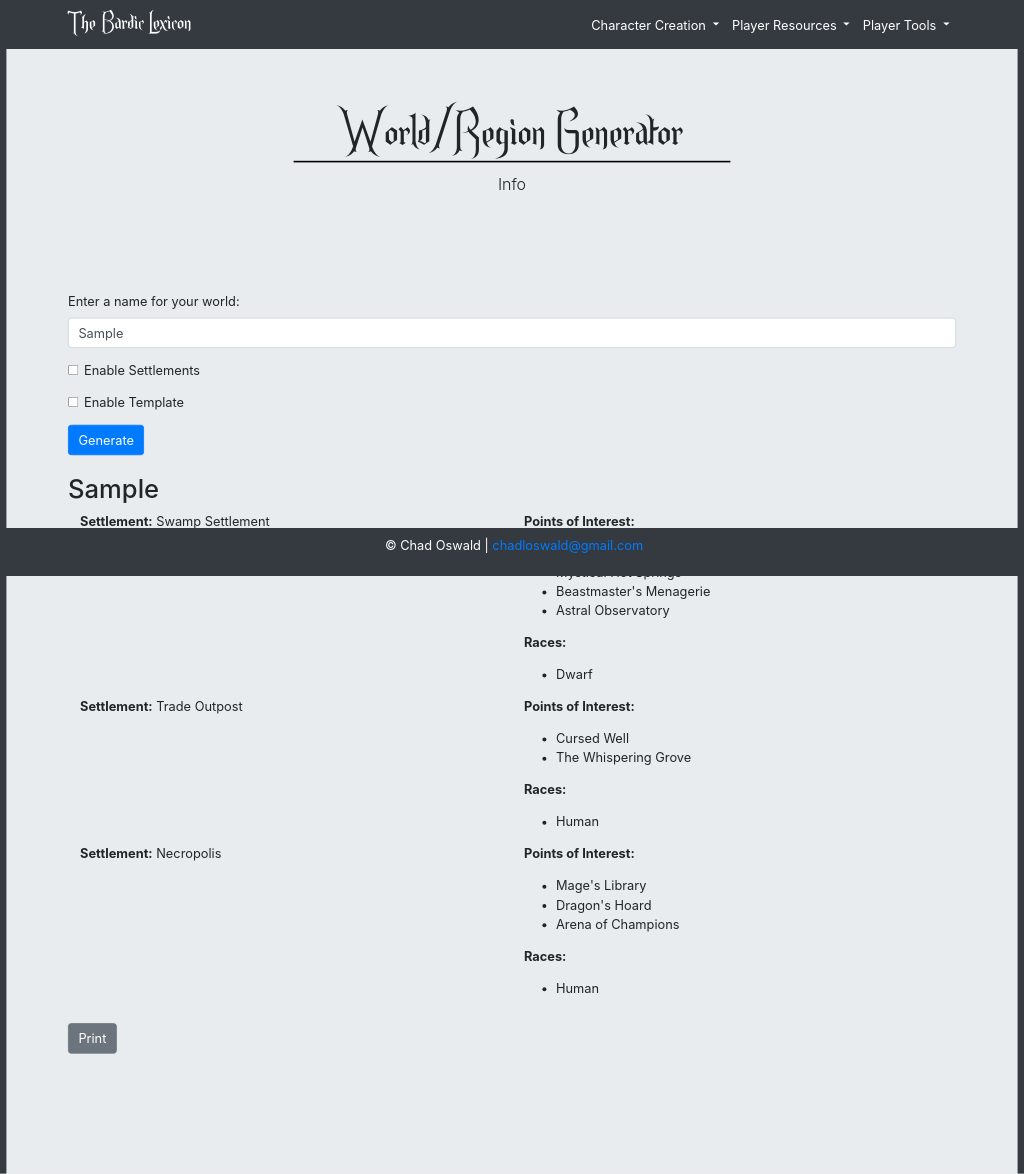
Repository: ChaidGPT/TheBardicLexicon
Page: playerTools/worldGenerator.html
The author's editor kept a copy of each file at every save. The page is drawn from the files as they stood at one save, then again after the next save.
The browser window is 1280 px wide. The pictures show the whole page, at 80% of full size.
Empty fields were first filled with sample values (such as "Sample", 5 or name@example.com).
After loading, the first visible `#worldForm` was submitted once.

Above is the page before, as saved 2024-02-05 14:17:22.

### playerTools/worldGenerator.html
<!DOCTYPE html>
<html lang="en">

<head>
  <meta charset="utf-8" />
  <meta name="viewport" content="width=device-width, initial-scale=1" />
  <title>World Generator</title>
  <link rel="stylesheet" href="https://cdn.jsdelivr.net/npm/bootstrap@4.3.1/dist/css/bootstrap.min.css"
    integrity="sha384-ggOyR0iXCbMQv3Xipma34MD+dH/1fQ784/j6cY/iJTQUOhcWr7x9JvoRxT2MZw1T" crossorigin="anonymous" />
  <link rel="stylesheet" href="../style.css" />
</head>

<body>
  <header class="header-top">
    <nav class="navbar navbar-expand-lg fixed-top">
      <div class="container">
        <a class="navbar-brand navMonsterName" href="../index.html">The Bardic Lexicon</a>
        <button class="navbar-toggler navbar-dark" type="button" data-toggle="collapse" data-target="#navbarNavDropdown"
          aria-controls="navbarNavDropdown" aria-expanded="false" aria-label="Toggle navigation">
          <span class="navbar-toggler-icon"></span>
        </button>
        <div class="collapse navbar-collapse" id="navbarNavDropdown">
          <ul class="navbar-nav ml-auto nav justify-content-end">
            <li class="nav-item dropdown">
              <a class="nav-link dropdown-toggle" href="#" id="navbarCharacter" role="button" data-toggle="dropdown"
                aria-haspopup="true" aria-expanded="false">
                Character Creation
              </a>
              <div class="dropdown-menu" aria-labelledby="navbarCharacter">
                <a class="dropdown-item" href="../playerResources/races.html">Races</a>
                <a class="dropdown-item" href="../playerResources/classes.html">Classes</a>
                <a class="dropdown-item" href="../playerResources/personality.html">Personality & Inspiration</a>
                <a class="dropdown-item" href="../playerResources/background.html">Character Backgrounds</a>
              </div>
            </li>
            <li class="nav-item dropdown">
              <a class="nav-link dropdown-toggle" href="#" id="navbarResources" role="button" data-toggle="dropdown"
                aria-haspopup="true" aria-expanded="false">
                Player Resources
              </a>
              <div class="dropdown-menu" aria-labelledby="navbarResources">
                <h6 class="dropdown-header">Items</h6>
                <a class="dropdown-item" href="../playerResources/gear.html">Adventuring Gear</a>
                <a class="dropdown-item" href="../playerResources/equipment.html">Equipment</a>
                <div class="dropdown-divider"></div>
                <h6 class="dropdown-header">Magic</h6>
                <a class="dropdown-item" href="../playerResources/spells.html">Spells</a>
                <div class="dropdown-divider"></div>
                <h6 class="dropdown-header">Inhabitants of the Realms</h6>
                <a class="dropdown-item" href="../playerResources/bestiary.html">Bestiary</a>
                <a class="dropdown-item" href="../playerResources/gods.html">Gods & Deities</a>
              </div>
            </li>
            <li class="nav-item dropdown">
              <a class="nav-link dropdown-toggle" href="#" id="navbarDropdown" role="button" data-toggle="dropdown"
                aria-haspopup="true" aria-expanded="false">
                Player Tools
              </a>
              <div class="dropdown-menu" aria-labelledby="navbarDropdown">
                <a class="dropdown-item" href="../playerTools/charSheet.html">Character Sheet</a>
                <a class="dropdown-item" href="../playerTools/dice.html">Dice Roll Generator</a>
                <div class="dropdown-divider"></div>
                <a class="dropdown-item" href="#">More</a>
              </div>
            </li>
          </ul>
        </div>
      </div>
    </nav>
  </header>

  <div class="container" id="monsterPage">
    <div class="container-fluid px-4 py-5 my-5 text-center">
      <h1 class="display-5 fw-bold contentsPageName">
        World/Region Generator
      </h1>
      <div>
        <div class="horizontal-line"></div>
        <p class="lead mb-4">Info</p>
      </div>
    </div>

    <div class="container mt-5 text-left">

      <!-- Start World Generator Form -->

      <form id="worldForm" class="mb-4">

        <!-- Start World Name Field -->
        <div class="form-group">
          <label for="worldName">Enter a name for your world:</label>
          <input type="text" class="form-control" id="worldName" autocomplete="off" required />
        </div>
        <!-- End World Name Field -->


        <!-- Start Settlement Options -->
        <div class="form-group">
          <div class="form-check">
            <input class="form-check-input" type="checkbox" id="enableSettlements" data-toggle="collapse"
              data-target="#settlementOptions" />
            <label class="form-check-label" for="enableSettlements">Enable Settlements</label>
          </div>

          <!-- Add the 'collapse' class to the following div -->
          <div id="settlementOptions" class="collapse">

            <!-- Wrap both settlement options in a common container -->
            <div class="settlement-options-container">

              <!-- Number of Settlements -->
              <div>
                <label for="settlements">Number of Settlements:</label>
                <select class="form-control" id="settlements" disabled>
                  <option value="random">Random</option>
                  <option value="1">1</option>
                  <option value="2">2</option>
                  <option value="3">3</option>
                  <option value="4">4</option>
                  <option value="5">5</option>
                  <!-- Add more options as needed -->
                </select>
              </div>

              <!-- Number of Settlement Points of Interest -->
              <div>
                <label for="settlementPOI">Number of Settlement Points of Interest:</label>
                <select class="form-control" id="settlementPOI" disabled>
                  <option value="random">Random</option>
                  <option value="0">0</option>
                  <option value="1">1</option>
                  <option value="2">2</option>
                  <option value="3">3</option>
                  <option value="4">4</option>
                  <option value="5">5</option>
                  <!-- Add more options as needed -->
                </select>
              </div>

              <div>
                <label for="races">Number of Races</label>
                <select class="form-control" id="races" disabled>
                  <option value="random">Random</option>
                  <option value="0">Uninhabited</option>
                  <option value="1">1</option>
                  <option value="2">2</option>
                  <option value="3">3</option>
                  <option value="4">4</option>
                  <option value="5">5</option>
                </select>
              </div>

            </div>
          </div>

        </div>
        <!-- End Settlement Options -->




        <!-- Start Template Options -->
        <div class="form-group">
          <div class="form-check">
            <input class="form-check-input" type="checkbox" id="enableTemplate" data-toggle="collapse"
              data-target="#templateOptions" />
            <label class="form-check-label" for="enableTemplate">Enable Template</label>
          </div>

          <div id="templateOptions" class="collapse">

            <div class="template-options-container">

              <label for="template">Number of Templates:</label>
              <select class="form-control" id="template" disabled>
                <option value="0">0</option>
                <option value="1">1</option>
                <option value="2">2</option>
                <option value="3">3</option>
                <option value="4">4</option>
                <option value="5">5</option>
                <!-- Add more options as needed -->
              </select>
            </div>

            <!-- Number of Points of Interest -->
            <div class="form-group">
              <label for="templatePOI">Number of Template Points of Interest:</label>
              <select class="form-control" id="templatePOI" disabled>
                <option value="0">0</option>
                <option value="1">1</option>
                <option value="2">2</option>
                <option value="3">3</option>
                <option value="4">4</option>
                <option value="5">5</option>
                <!-- Add more options as needed -->
              </select>
            </div>

          </div>
        </div>
        <!-- End Template Options -->

        <!-- Submit Button -->
        <button type="submit" class="btn btn-primary">Generate</button>
      </form>

      <!-- End World Generator Form -->

      <div id="generatedContent"></div>

      <div class="text-center mt-3">
        <button type="button" class="btn btn-secondary" id="printButton">
          Print
        </button>
      </div>
    </div>
  </div>

  <footer class="page-footer font-small blue fixed-bottom">
    <p>
      &copy; Chad Oswald |
      <a href="mailto:chadloswald@gmail.com">chadloswald@gmail.com</a>
    </p>
  </footer>

  <script src="https://code.jquery.com/jquery-3.3.1.slim.min.js"
    integrity="sha384-q8i/X+965DzO0rT7abK41JStQIAqVgRVzpbzo5smXKp4YfRvH+8abtTE1Pi6jizo"
    crossorigin="anonymous"></script>
  <script src="https://cdn.jsdelivr.net/npm/popper.js@1.14.7/dist/umd/popper.min.js"
    integrity="sha384-UO2eT0CpHqdSJQ6hJty5KVphtPhzWj9WO1clHTMGa3JDZwrnQq4sF86dIHNDz0W1"
    crossorigin="anonymous"></script>
  <script src="https://cdn.jsdelivr.net/npm/bootstrap@4.3.1/dist/js/bootstrap.min.js"
    integrity="sha384-JjSmVgyd0p3pXB1rRibZUAYoIIy6OrQ6VrjIEaFf/nJGzIxFDsf4x0xIM+B07jRM"
    crossorigin="anonymous"></script>
  <script src="worldGenerator.js"></script>
</body>

</html>

### playerTools/worldGenerator.js
document.addEventListener("DOMContentLoaded", function () {
  const worldForm = document.getElementById("worldForm");
  const generatedContent = document.getElementById("generatedContent");

  // Settlement Section Checkbox Functionality
  const enableSettlementsCheckbox = document.getElementById("enableSettlements");
  const settlementsSelect = document.getElementById("settlements");
  const settlementPOISelect = document.getElementById("settlementPOI");

  // Races Section Functionality
  const racesSelect = document.getElementById("races");

  enableSettlementsCheckbox.addEventListener("change", function () {
    settlementsSelect.disabled = !this.checked;
    settlementPOISelect.disabled = !this.checked;
    racesSelect.disabled = !this.checked;
  });

  // World Generator Arrays

  //   Start Settlement Arrays

  const settlements = [
    {
      name: "Small Town",
      link: "https://example.com/small_town",
    },
    {
      name: "River Town",
      link: "https://example.com/river_town",
    },
    {
      name: "Harbor Town",
      link: "https://example.com/harbor_town",
    },
    {
      name: "Trade Outpost",
      link: "https://example.com/trade_outpost",
    },
    {
      name: "Mining Town",
      link: "https://example.com/mining_town",
    },
    {
      name: "Fishing Village",
      link: "https://example.com/fishing_village",
    },
    {
      name: "Forest Encampment",
      link: "https://example.com/forest_encampment",
    },
    {
      name: "Mage's Enclave",
      link: "https://example.com/mages_enclave",
    },
    {
      name: "Monastery",
      link: "https://example.com/monastery",
    },
    {
      name: "Nomadic Camp",
      link: "https://example.com/nomadic_camp",
    },
    {
      name: "Dwarven Stronghold",
      link: "https://example.com/dwarven_stronghold",
    },
    {
      name: "Elven Treetop Village",
      link: "https://example.com/elven_treetop_village",
    },
    {
      name: "Goblin Market",
      link: "https://example.com/goblin_market",
    },
    {
      name: "Swamp Settlement",
      link: "https://example.com/swamp_settlement",
    },
    {
      name: "Orcish Encampment",
      link: "https://example.com/orcish_encampment",
    },
    {
      name: "Magical Academy",
      link: "https://example.com/magical_academy",
    },
    {
      name: "Haunted Hamlet",
      link: "https://example.com/haunted_hamlet",
    },
    {
      name: "Underground City",
      link: "https://example.com/underground_city",
    },
    {
      name: "Coastal Citadel",
      link: "https://example.com/coastal_citadel",
    },
    {
      name: "Beastman Tribe Camp",
      link: "https://example.com/beastman_tribe_camp",
    },
    {
      name: "Celestial Outpost",
      link: "https://example.com/celestial_outpost",
    },
    {
      name: "Arcane Refuge",
      link: "https://example.com/arcane_refuge",
    },
    {
      name: "Desert Oasis",
      link: "https://example.com/desert_oasis",
    },
    {
      name: "Royal Capital",
      link: "https://example.com/royal_capital",
    },
    {
      name: "Mageocracy",
      link: "https://example.com/mageocracy",
    },
    {
      name: "Merchant Metropolis",
      link: "https://example.com/merchant_metropolis",
    },
    {
      name: "Demonic Citadel",
      link: "https://example.com/demonic_citadel",
    },
    {
      name: "Dragon's Roost",
      link: "https://example.com/dragons_roost",
    },
    {
      name: "Floating City",
      link: "https://example.com/floating_city",
    },
    {
      name: "Necropolis",
      link: "https://example.com/necropolis",
    },
    {
      name: "Archipelago Metropolis",
      link: "https://example.com/archipelago_metropolis",
    },
    {
      name: "Giantkin Citadel",
      link: "https://example.com/giantkin_citadel",
    },
    {
      name: "Subterranean Metropolis",
      link: "https://example.com/subterranean_metropolis",
    },
    {
      name: "Celestial City",
      link: "https://example.com/celestial_city",
    },
    {
      name: "City of the Dead",
      link: "https://example.com/city_of_the_dead",
    },
    {
      name: "Empyreal Bastion",
      link: "https://example.com/empyreal_bastion",
    },
    {
      name: "Floating Gardens",
      link: "https://example.com/floating_gardens",
    },
    {
      name: "Elemental Conflux",
      link: "https://example.com/elemental_conflux",
    },
  ];

  const settlementPOI = [
    {
      name: "Pilgrimage site",
      link: "https://example.com/pilgrimage_site",
    },
    {
      name: "Temple to the Gods",
      link: "https://example.com/temple_to_the_gods",
    },
    {
      name: "Large sewer system",
      link: "https://example.com/large_sewer_system",
    },
    {
      name: "Mysterious Standing Stones",
      link: "https://example.com/mysterious_standing_stones",
    },
    {
      name: "Enchanted Garden",
      link: "https://example.com/enchanted_garden",
    },
    {
      name: "Arena of Champions",
      link: "https://example.com/arena_of_champions",
    },
    {
      name: "Mage's Library",
      link: "https://example.com/mages_library",
    },
    {
      name: "Haunted Manor",
      link: "https://example.com/haunted_manor",
    },
    {
      name: "Thieves' Guild Hideout",
      link: "https://example.com/thieves_guild_hideout",
    },
    {
      name: "Ancient Ruins",
      link: "https://example.com/ancient_ruins",
    },
    {
      name: "Goblin Market",
      link: "https://example.com/goblin_market",
    },
    {
      name: "Cursed Well",
      link: "https://example.com/cursed_well",
    },
    {
      name: "Wizard's Tower",
      link: "https://example.com/wizards_tower",
    },
    {
      name: "Beastmaster's Menagerie",
      link: "https://example.com/beastmasters_menagerie",
    },
    {
      name: "Enigmatic Obelisk",
      link: "https://example.com/enigmatic_obelisk",
    },
    {
      name: "Astral Observatory",
      link: "https://example.com/astral_observatory",
    },
    {
      name: "Underground Arena",
      link: "https://example.com/underground_arena",
    },
    {
      name: "Lighthouse of the Lost Souls",
      link: "https://example.com/lighthouse_of_the_lost_souls",
    },
    {
      name: "Mystical Hot Springs",
      link: "https://example.com/mystical_hot_springs",
    },
    {
      name: "World Renowned Bakery",
      link: "https://example.com/world_renowned_bakery",
    },
    {
      name: "Sorcerer's Market",
      link: "https://example.com/sorcerers_market",
    },
    {
      name: "The Whispering Grove",
      link: "https://example.com/whispering_grove",
    },
    {
      name: "Dragon's Hoard",
      link: "https://example.com/dragons_hoard",
    },
    {
      name: "Clockwork Workshop",
      link: "https://example.com/clockwork_workshop",
    },
    {
      name: "Feywild Portal",
      link: "https://example.com/feywild_portal",
    },
  ];

  const races = [
    {
      name: "Human",
      link: "https://example.com/human",
    },
    {
      name: "Elf",
      link: "https://example.com/elf",
    },
    {
      name: "Dwarf",
      link: "https://example.com/dwarf",
    },
  ];

  //   End Settlement Arrays

  // Start Template Arrays

  const template = [
    {
      name: "T1111",
      link: "https://example.com/",
    },
    {
      name: "T2222",
      link: "https://example.com/",
    },
    {
      name: "T3333",
      link: "https://example.com/",
    },
    {
      name: "T4444",
      link: "https://example.com/",
    },
    {
      name: "T5555",
      link: "https://example.com/",
    },
    {
      name: "T6666",
      link: "https://example.com/",
    },
    {
      name: "T7777",
      link: "https://example.com/",
    },
    {
      name: "T8888",
      link: "https://example.com/",
    },
  ];

  const templatePOI = [
    {
      name: "t1111",
      link: "https://example.com/",
    },
    {
      name: "t2222",
      link: "https://example.com/",
    },
    {
      name: "t3333",
      link: "https://example.com/",
    },
    {
      name: "t4444",
      link: "https://example.com/",
    },
    {
      name: "t5555",
      link: "https://example.com/",
    },
    {
      name: "t6666",
      link: "https://example.com/",
    },
    {
      name: "t7777",
      link: "https://example.com/",
    },
    {
      name: "t8888",
      link: "https://example.com/",
    },
  ];

  // End Template Arrays

  function getRandomElements(array, count) {
    const shuffledArray = array.slice().sort(() => 0.5 - Math.random());
    return shuffledArray.slice(0, count);
  }

  worldForm.addEventListener("submit", function (event) {
    event.preventDefault();

    const worldName = document.getElementById("worldName").value;
    const settlementsCountInput = document.getElementById("settlements");
    let settlementsCount;

    if (settlementsCountInput.value === "random") {
      settlementsCount = Math.floor(Math.random() * 5) + 1;
    } else {
      settlementsCount = parseInt(settlementsCountInput.value);
    }

    const settlementPOICountInput = document.getElementById("settlementPOI");
    let settlementPOICount;

    if (settlementPOICountInput.value === "random") {
      settlementPOICount = "random";
    } else {
      settlementPOICount = parseInt(settlementPOICountInput.value);
    }

    const racesCountInput = document.getElementById("races");
    let racesCount;

    if (racesCountInput.value === "random") {
      racesCount = "random";
    } else {
      racesCount = parseInt(racesCountInput.value);
    }

    const selectedRaces = getRandomElements(races, racesCount);
    const selectedSettlements = getRandomElements(settlements, settlementsCount);

    let content = `<h2>${worldName}</h2>`;

    if (settlementsCount > 0) {
      content += `<div class="container">`;

      for (let i = 0; i < settlementsCount; i++) {
        const selectedSettlement = getRandomElements(settlements, 1)[0];

        let settlementPOICountForSettlement;
        if (settlementPOICount === "random") {
          settlementPOICountForSettlement = Math.floor(Math.random() * 5) + 1;
        } else {
          settlementPOICountForSettlement = settlementPOICount;
        }

        const selectedSettlementPOI = getRandomElements(
          settlementPOI,
          settlementPOICountForSettlement
        );

        const selectedRacesForSettlement =
          racesCount !== "random" ? getRandomElements(races, racesCount) : getRandomElements(races, 1);

        content += `
          <div class="row">
            <div class="col-md-6">
              <p><strong>Settlement:</strong> ${selectedSettlement.name}</p>
            </div>
            <div class="col-md-6">`;

        if (selectedSettlementPOI.length > 0) {
          content += `<p><strong>Points of Interest:</strong></p><ul>`;
          content += selectedSettlementPOI
            .map((item) => `<li>${item.name}</li>`)
            .join("");
          content += `</ul>`;
        }

        if (selectedRacesForSettlement.length > 0) {
          content += `<p><strong>Races:</strong></p><ul>`;
          content += selectedRacesForSettlement
            .map((race) => `<li>${race.name}</li>`)
            .join("");
          content += `</ul>`;
        }

        content += `</div></div>`;
      }

      content += `</div>`;
      generatedContent.innerHTML = content;

      const printButton = document.getElementById("printButton");
      printButton.style.display = "block";
    }
  });
});

Loaded but not shown: style.css (372 lines, source omitted)

After the next save:
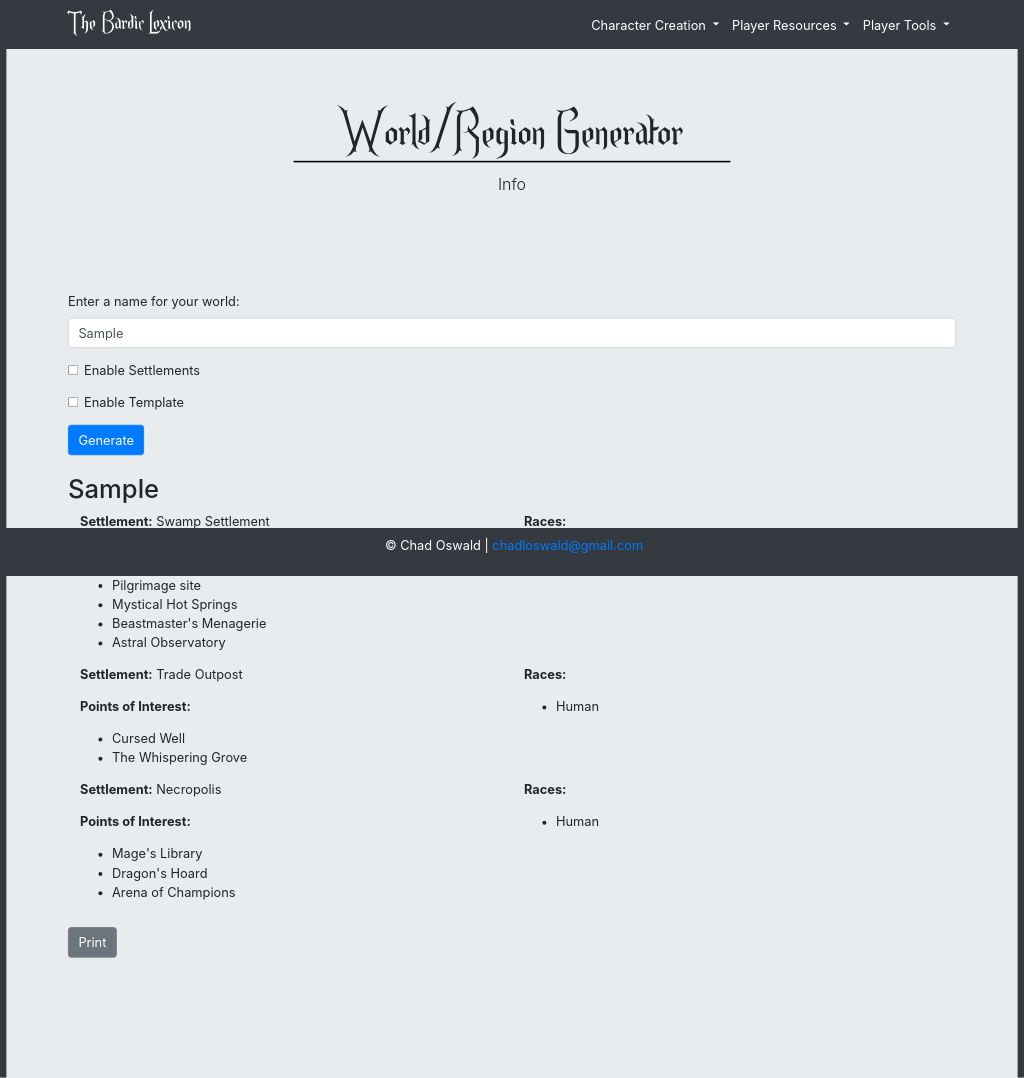
Saved 4 min 22 s later.
--- a/playerTools/worldGenerator.js
+++ b/playerTools/worldGenerator.js
@@ -435,26 +435,24 @@ document.addEventListener("DOMContentLoaded", function () {
           <div class="row">
             <div class="col-md-6">
               <p><strong>Settlement:</strong> ${selectedSettlement.name}</p>
+              <p><strong>Points of Interest:</strong></p><ul>`;
+
+        content += selectedSettlementPOI
+          .map((item) => `<li>${item.name}</li>`)
+          .join("");
+
+        content += `</ul>
             </div>
-            <div class="col-md-6">`;
-
-        if (selectedSettlementPOI.length > 0) {
-          content += `<p><strong>Points of Interest:</strong></p><ul>`;
-          content += selectedSettlementPOI
-            .map((item) => `<li>${item.name}</li>`)
-            .join("");
-          content += `</ul>`;
-        }
-
-        if (selectedRacesForSettlement.length > 0) {
-          content += `<p><strong>Races:</strong></p><ul>`;
-          content += selectedRacesForSettlement
-            .map((race) => `<li>${race.name}</li>`)
-            .join("");
-          content += `</ul>`;
-        }
-
-        content += `</div></div>`;
+            <div class="col-md-6">
+              <p><strong>Races:</strong></p><ul>`;
+
+        content += selectedRacesForSettlement
+          .map((race) => `<li>${race.name}</li>`)
+          .join("");
+
+        content += `</ul>
+            </div>
+          </div>`;
       }
 
       content += `</div>`;
